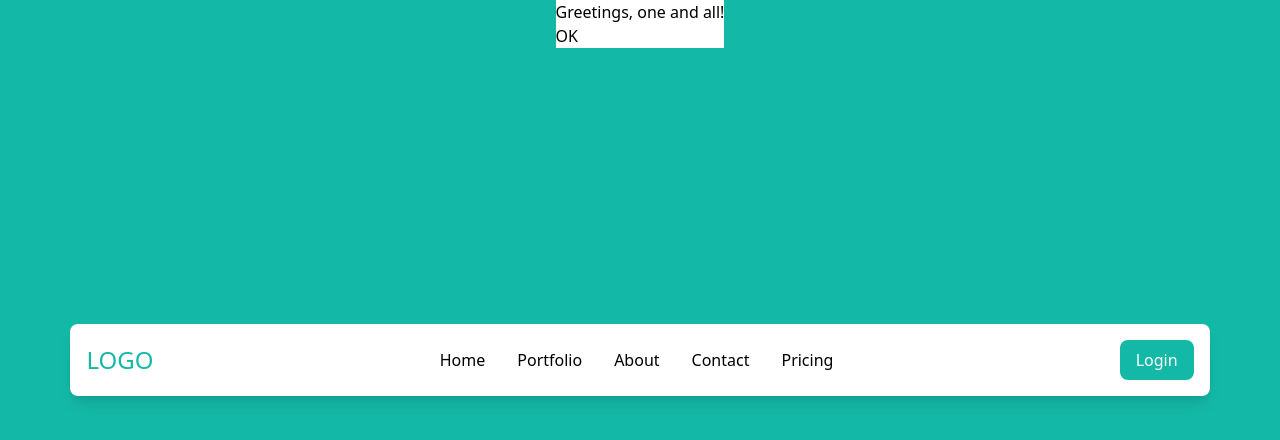
Repository: DevAntonioRogers/react-modal-with-dialog
Page: /, after clicking the first element matching `button.px-4`
An editor plug-in stored every save of this project. The page is shown before and after the next save, followed by the edit.
The browser window is 1280 px wide. The pictures show the whole page.
The project was rebuilt for these pictures with package versions that can differ from the ones it lists, and the page was loaded fresh each time. Also part of the build but not shown: vite.config.ts.

Above is the page before, as saved 2023-05-10 09:10:30.

### src/App.tsx
import { useState } from "react";

function App() {
  const [showModal, setShowModal] = useState(false);

  return (
    <>
      <div className="flex items-center justify-center w-screen h-screen bg-teal-500 relative">
        <nav className="flex justify-between items-center p-4 w-[89%] bg-white m-auto rounded-lg shadow-lg">
          <div>
            <h1 className="text-2xl text-teal-500">LOGO</h1>
          </div>

          <ul className="flex items-center gap-8">
            <li>
              <a href="#">Home</a>
            </li>
            <li>
              <a href="#">Portfolio</a>
            </li>
            <li>
              <a href="#">About</a>
            </li>
            <li>
              <a href="#">Contact</a>
            </li>
            <li>
              <a href="#">Pricing</a>
            </li>
          </ul>

          <button
            onClick={() => setShowModal(!showModal)}
            className="px-4 py-2 bg-teal-500 text-white rounded-lg cursor-pointer"
          >
            Login
          </button>
        </nav>
        {showModal && (
          <div className="absolute w-screen h-screen">
            <dialog open>
              <p>Greetings, one and all!</p>
              <form method="dialog">
                <button>OK</button>
              </form>
            </dialog>
          </div>
        )}
      </div>
    </>
  );
}

export default App;

Loaded but not shown: index.html (common file); src/main.tsx (common file); src/index.css (common file); tailwind.config.js (common file)

After the next save:
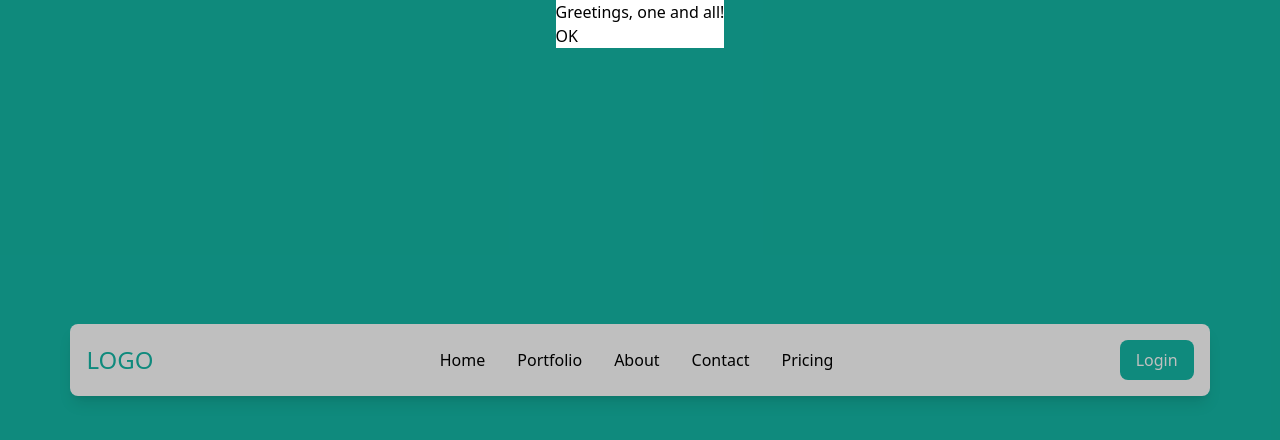
Saved 17 s later.
--- a/src/App.tsx
+++ b/src/App.tsx
@@ -37,7 +37,7 @@ function App() {
           </button>
         </nav>
         {showModal && (
-          <div className="absolute w-screen h-screen">
+          <div className="absolute w-screen h-screen bg-black/25">
             <dialog open>
               <p>Greetings, one and all!</p>
               <form method="dialog">
